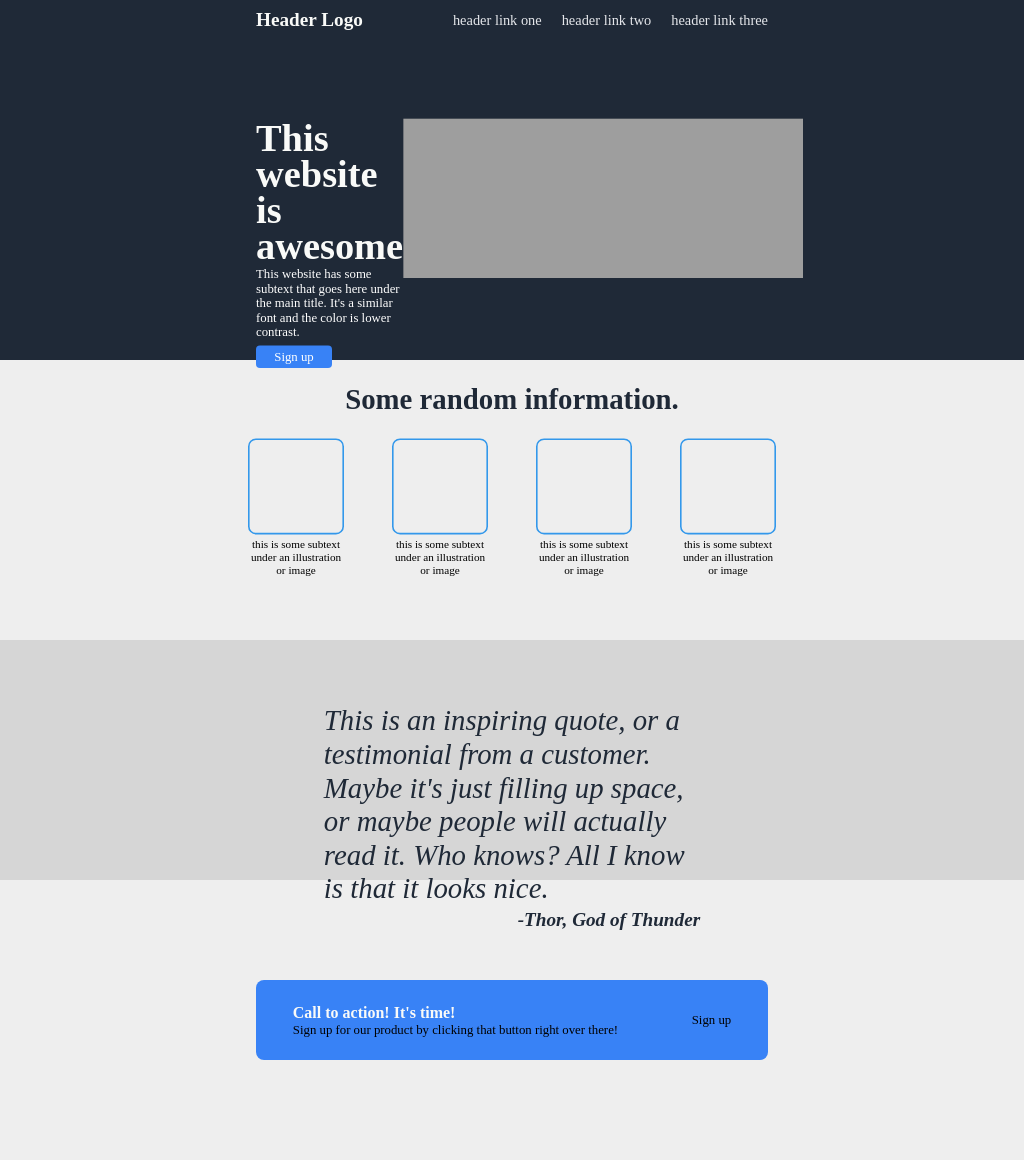
Repository: Pafestivo/Dummy-Landing-Page
Page: index.html
These files come from the project's save history. The page is drawn as it stood at one moment and after the next save; the edit follows.
The browser window is 1280 px wide. The pictures show the whole page, at 80% of full size.
Pictures or frames that could not be fetched are drawn as grey boxes.

Above is the page before, as saved 2022-09-26 19:40:33.

After the next save:
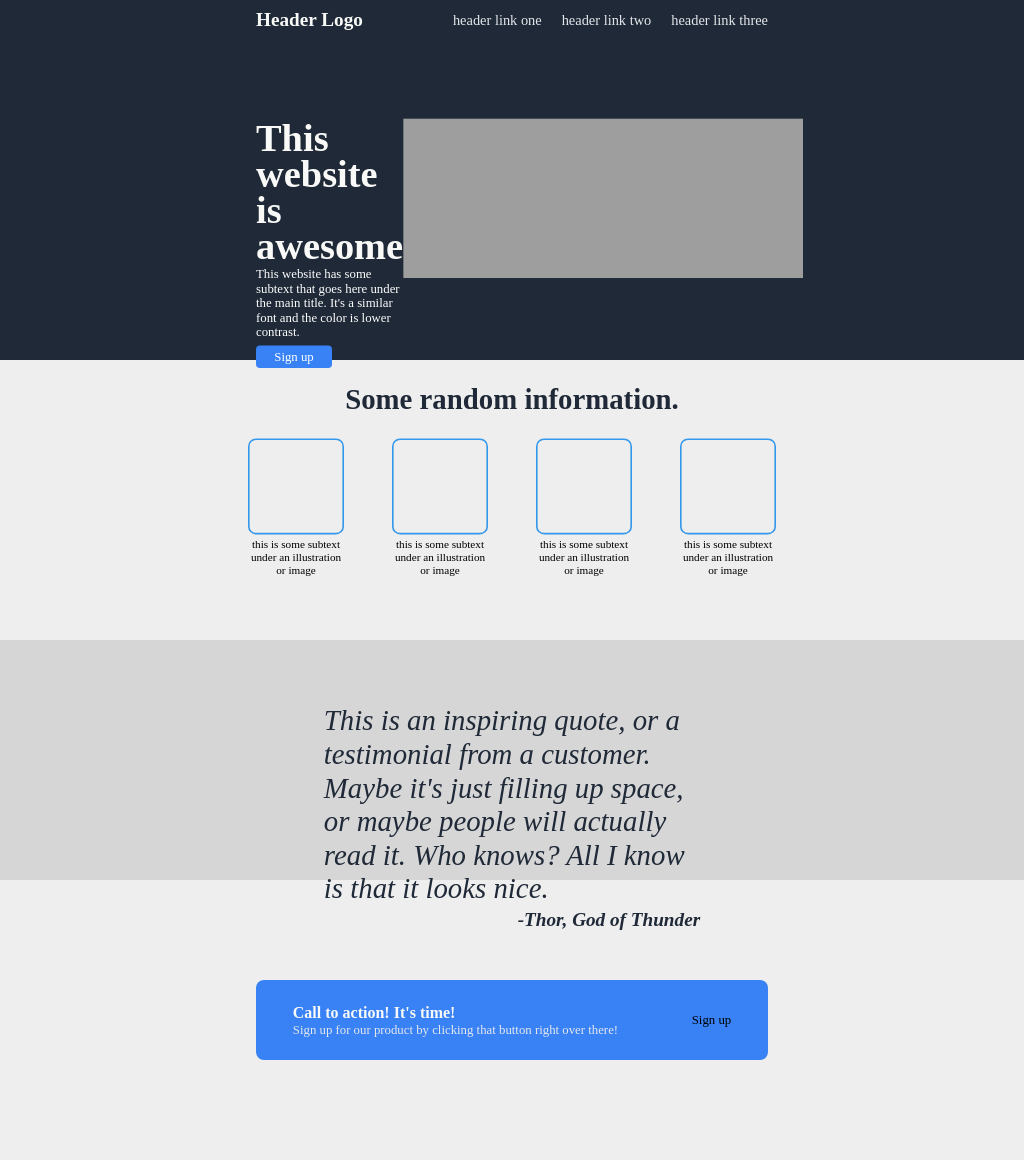
Saved 13 s later.
--- a/styles.css
+++ b/styles.css
@@ -183,4 +183,8 @@ right p {
   font-size: 20px;
   color: #F9FAF8;
 }
+
+.coa p {
+  color: #E5E7EB;
+}
 /* End fourth section */
